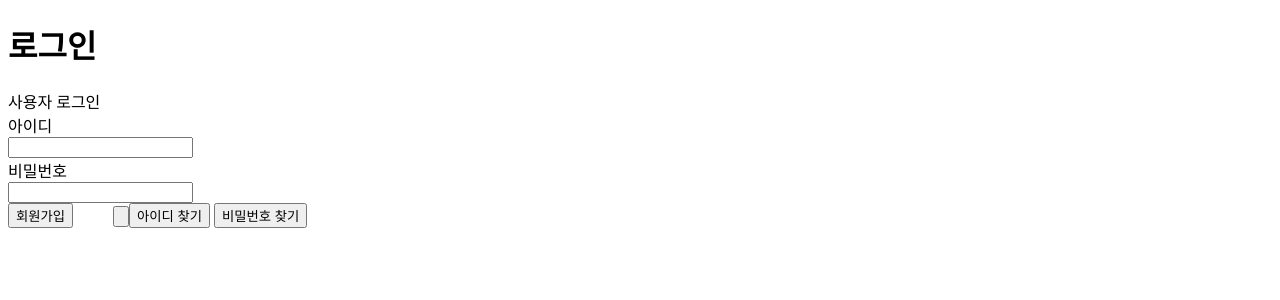
Repository: MeGuuuun/-_TableJava
Page: http://localhost/kimbanbagi/login.jsp
The author's editor kept a copy of each file at every save. The page is drawn from the files as they stood at one save, then again after the next save.
The browser window is 1280 px wide. The pictures show the whole page.
The page is served by Tomcat 10.

Above is the page before, as saved 2024-06-05 10:12:55.

After the next save:
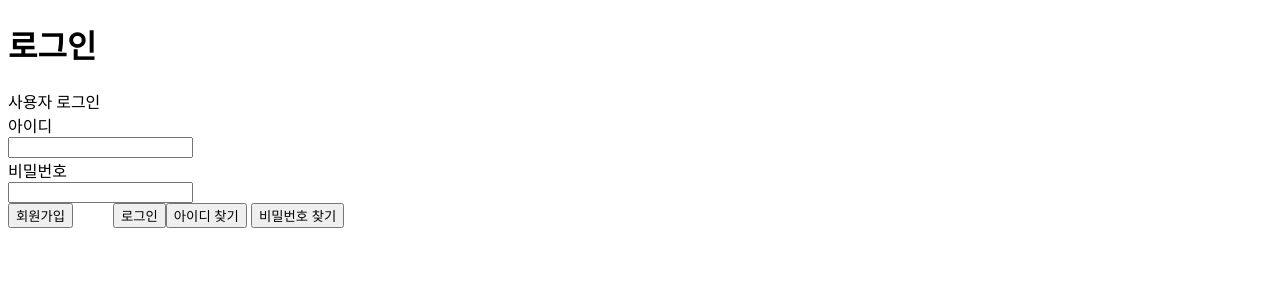
Saved 20 s later.
--- a/tableJava/kimbanbagi/WebContent/login.jsp
+++ b/tableJava/kimbanbagi/WebContent/login.jsp
@@ -16,7 +16,7 @@
 비밀번호 <br>
 <input type="text" name="user_pwd"> <br>
 <button>회원가입</button> &ensp; &ensp; &ensp;
-<button type="submit" value="로그인"> <br>
+<button type="submit" value="로그인">로그인<br>
 <button id="findIDBtn">아이디 찾기</button>
 <button id="findPWBtn">비밀번호 찾기</button>
 </form>
